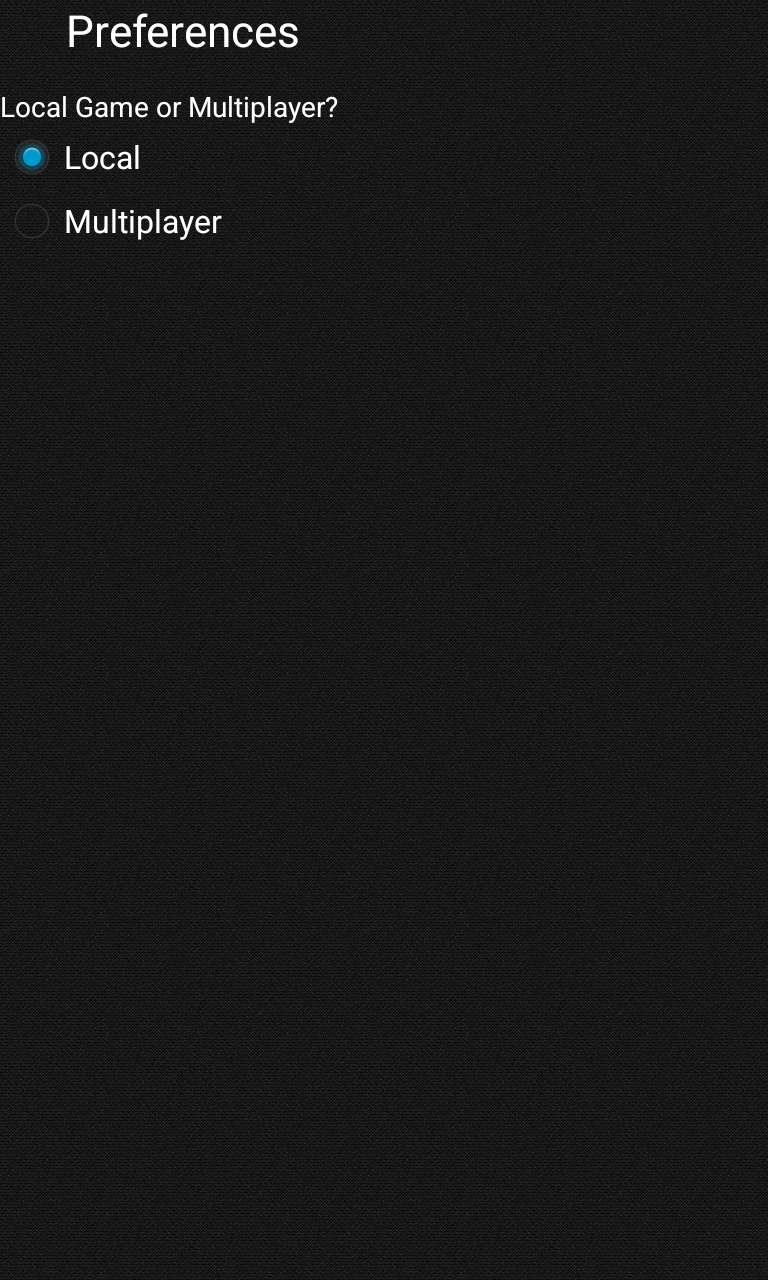
Repository: Tacohen/Killbots
Layout: Killbots/res/layout/settings.xml
The author's editor kept a copy of each file at every save. The layout is drawn from the files as they stood at one save, then again after the next save.
It is drawn on a 768 x 1280 px phone screen (xhdpi) without system bars, with theme AppTheme; the app's code is not run.

Above is the layout before, as saved 2013-12-14 02:05:49.

After the next save:
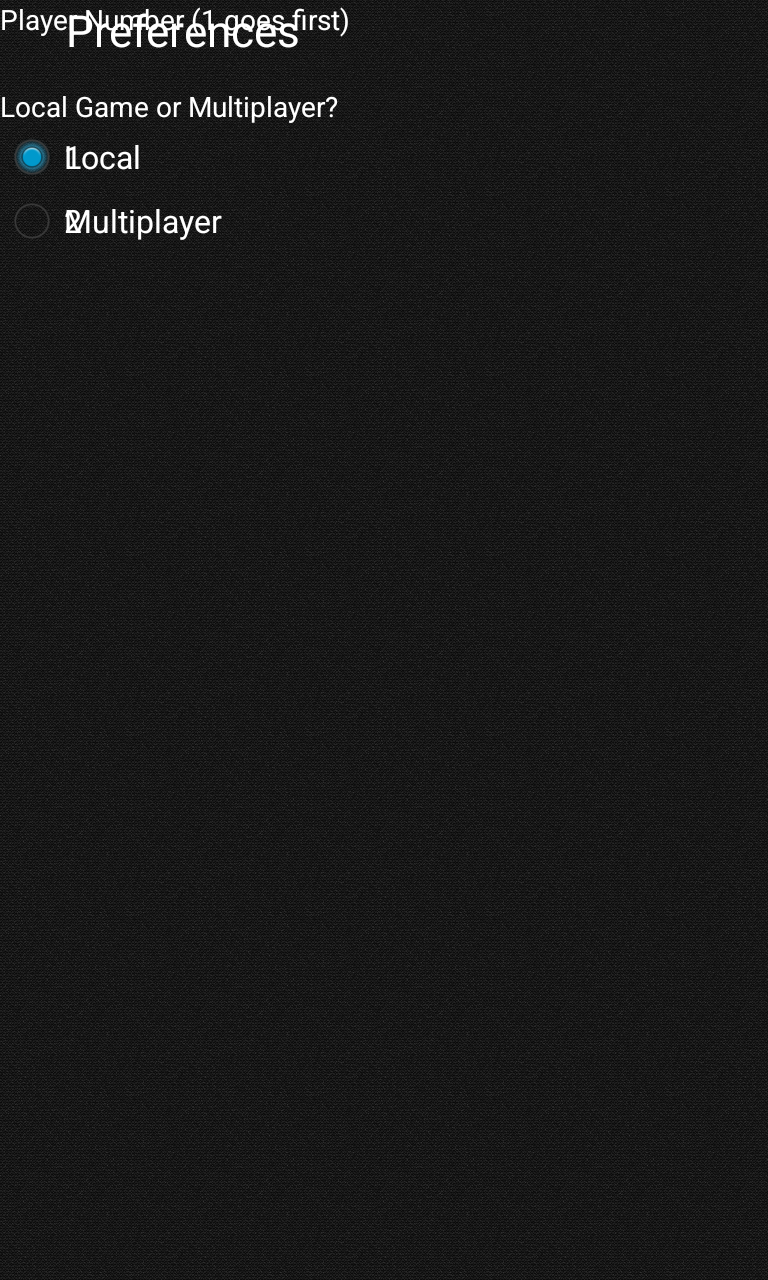
Saved 54 min 52 s later.
--- a/Killbots/res/layout/settings.xml
+++ b/Killbots/res/layout/settings.xml
@@ -51,14 +51,37 @@
     </RadioGroup>
 
     <TextView
-        android:id="@+id/checkedid"
+        android:id="@+id/playerNumberId"
         android:layout_width="wrap_content"
         android:layout_height="wrap_content"
-        android:layout_below="@+id/radioGroupUnits" />
-    <TextView
-        android:id="@+id/checkedindex"
+        android:layout_alignParentLeft="true"
+        android:textColor="@android:color/white"
+        android:layout_alignTop="@+id/checkedid"
+        android:text="Player Number (1 goes first)" />
+
+    <RadioGroup
+        android:id="@+id/radioGroupUnitsPlayerNumber"
         android:layout_width="wrap_content"
         android:layout_height="wrap_content"
-        android:layout_below="@+id/checkedid"  />
+        android:layout_alignParentLeft="true"
+        android:layout_below="@+id/unitsText" >
+
+        <RadioButton
+            android:id="@+id/playerNumber1"
+            android:layout_width="wrap_content"
+            android:layout_height="wrap_content"
+            android:checked="true"
+            android:textColor="@android:color/white"
+            android:text="1"/>
+
+        <RadioButton
+            android:id="@+id/playerNumber2"
+            android:layout_width="wrap_content"
+            android:layout_height="wrap_content"
+            android:textColor="@android:color/white"
+            android:text="2" />
+
+    </RadioGroup>
+
 
 </RelativeLayout>
